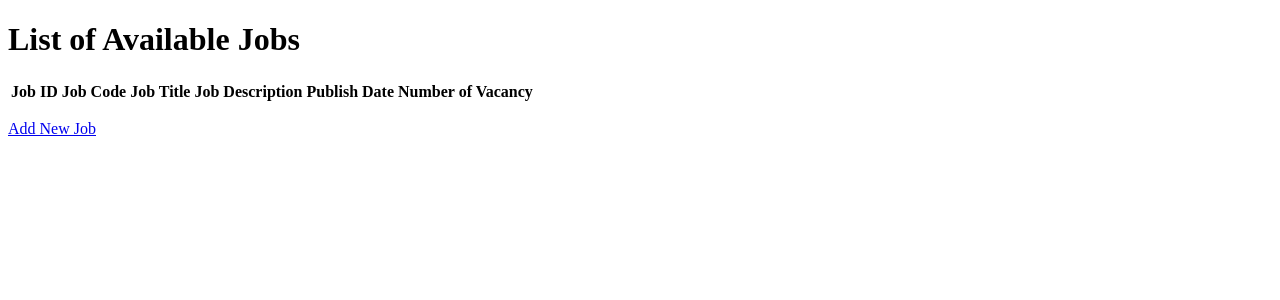
Repository: ism-shahriar/RecruitmentAgencyPortal
Page: http://localhost/index
An editor plug-in stored every save of this project. The page is shown before and after the next save, followed by the edit.
The browser window is 1280 px wide. The pictures show the whole page.
The page is this project's Thymeleaf template; nobody is signed in. The template is opened directly, without the code that normally fills it, so the values that code supplies are empty.

Above is the page before, as saved 2020-04-17 07:33:28.

### SpringBootJobWeb/src/main/resources/templates/index.html
<!DOCTYPE html>
<html xmlns:th="http://www.thymeleaf.org">
<head>
<meta charset="ISO-8859-1">
<title>Job Home</title>
</head>
<body>
	<h1>List of Available Jobs</h1>
	<table>
		<thead>
			<tr>
				<th>Job ID</th>
				<th>Job Code</th>
				<th>Job Title</th>
				<th>Job Description</th>
				<th>Publish Date</th>
				<th>Number of Vacancy</th>

			</tr>
		</thead>
		<tbody>
			<tr th:each="job:${jobs}">
				<td th:text="${job.jobId}">Job ID</td>
				<td th:text="${job.jobCode}">Job Code</td>
				<td th:text="${job.jobName}">Job Title</td>
				<td th:text="${job.jobDesc}">Job Description</td>
				<td th:text="${job.pubDate}">Publish Date</td>
				<td th:text="${job.numVacancy}">Number of Vacancy</td>
				<td><a th:href="@{/edit/{id}(id=${job.jobId})}">Edit</a></td>
				<td><a th:href="@{/delete/{id}(id=${job.jobId})}">Delete</a></td>
			</tr>
		</tbody>
	</table>

	<p>
		<a href="/job">Add New Job</a>
	</p>
</body>
</html>

After the next save:
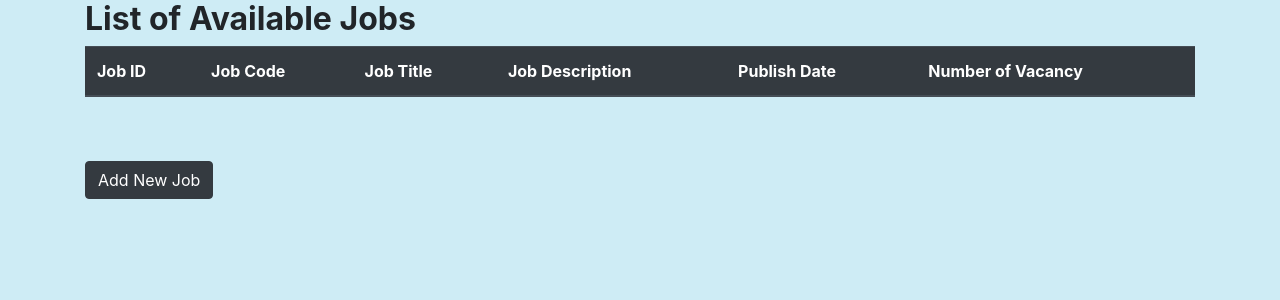
Saved 3 min 28 s later.
--- a/SpringBootJobWeb/src/main/resources/templates/index.html
+++ b/SpringBootJobWeb/src/main/resources/templates/index.html
@@ -4,9 +4,13 @@
 <meta charset="ISO-8859-1">
 <title>Job Home</title>
 </head>
-<body>
-	<h1>List of Available Jobs</h1>
-	<table>
+<link rel="stylesheet"
+	href="https://maxcdn.bootstrapcdn.com/bootstrap/4.4.1/css/bootstrap.min.css">
+
+<body style="background-color: #CEECF5">
+<div class="container" style="background-color: #CEECF5">
+<h2 style="font-weight: bold">List of Available Jobs</h2>
+	<table class="table table-dark table-striped">
 		<thead>
 			<tr>
 				<th>Job ID</th>
@@ -31,9 +35,9 @@
 			</tr>
 		</tbody>
 	</table>
+<br><br>
+		<a class="btn btn-dark" href="/job">Add New Job</a>
+</div>
 
-	<p>
-		<a href="/job">Add New Job</a>
-	</p>
 </body>
 </html>
